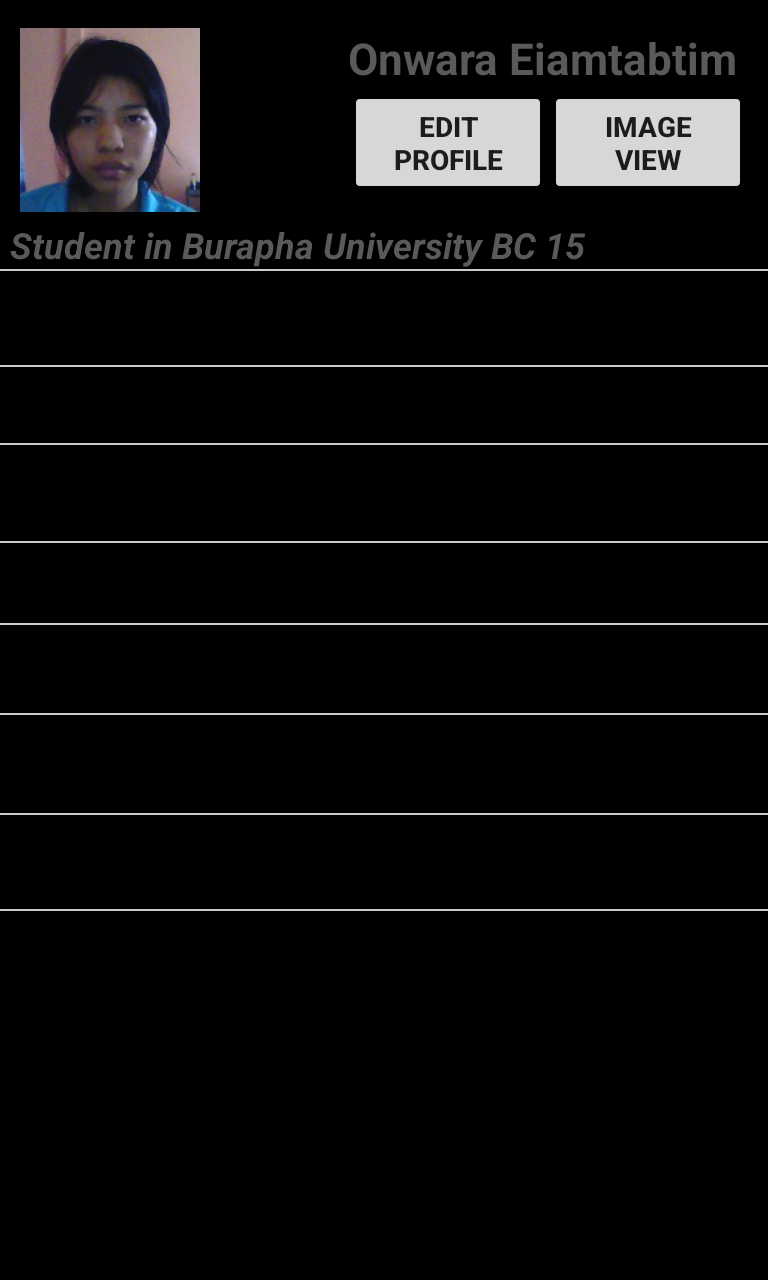
Repository: Android55410599/PROFILE
Layout: Resume_55410559/res/layout/activity_main.xml
These files come from the project's save history. The layout is drawn as it stood at one moment and after the next save; the edit follows.
It is drawn on a 768 x 1280 px phone screen (xhdpi) without system bars, with theme AppTheme; the app's code is not run.

Above is the layout before, as saved 2014-09-06 04:24:33.

### Resume_55410559/res/layout/activity_main.xml
<RelativeLayout xmlns:android="http://schemas.android.com/apk/res/android"
    xmlns:tools="http://schemas.android.com/tools"
    android:layout_width="match_parent"
    android:layout_height="match_parent"
    android:background="#000000"
    tools:context="com.example.resume_55410599.MainActivity" >

    <LinearLayout
        android:id="@+id/linearLayout1"
        android:layout_width="100dp"
        android:layout_height="100dp"
        android:layout_marginTop="10dp" >

        <ImageView
            android:id="@+id/imageView1"
            android:layout_width="wrap_content"
            android:layout_height="wrap_content"
            android:layout_marginLeft="10dp"
            android:src="@drawable/enn" />

    </LinearLayout>

    <TextView
        android:id="@+id/textView1"
        android:layout_width="wrap_content"
        android:layout_height="wrap_content"
        android:layout_alignLeft="@+id/linearLayout3"
        android:layout_alignParentTop="true"
        android:layout_marginTop="14dp"
        android:text="Onwara Eiamtabtim"
        android:textAppearance="?android:attr/textAppearanceLarge"
        android:textColor="#5A5A5A"
        android:textStyle="bold" />

    <LinearLayout
        android:id="@+id/linearLayout3"
        android:layout_width="wrap_content"
        android:layout_height="wrap_content"
        android:layout_alignParentRight="true"
        android:layout_below="@id/textView1"
        android:layout_marginRight="10dp"
        android:background="#000000" >

        <Button
            android:id="@+id/btn1"
            android:layout_width="100dp"
            android:layout_height="wrap_content"
            android:text="Edit Profile"
            android:textStyle="bold" />

        <Button
            android:id="@+id/btnimg"
            android:layout_width="100dp"
            android:layout_height="wrap_content"
            android:text="Image View"
            android:textStyle="bold" />

    </LinearLayout>

    <LinearLayout
        android:id="@+id/linearLayout2"
        android:layout_width="match_parent"
        android:layout_height="wrap_content"
        android:layout_alignParentLeft="true"
        android:layout_below="@+id/linearLayout1" >

        <TextView
            android:id="@+id/textView2"
            android:layout_width="wrap_content"
            android:layout_height="wrap_content"
            android:layout_marginLeft="5dp"
            android:text="Student in Burapha University BC 15"
            android:textAppearance="?android:attr/textAppearanceMedium"
            android:textColor="#5A5A5A"
            android:textStyle="bold|italic" />

    </LinearLayout>

    <TextView
        android:id="@+id/textView3"
        android:layout_width="wrap_content"
        android:layout_height="wrap_content"
        android:layout_alignParentLeft="true"
        android:layout_below="@+id/view1"
        android:layout_marginLeft="15dp"
        android:layout_marginTop="14dp"
        android:text="Age"
        android:textStyle="bold" />

    <TextView
        android:id="@+id/textView4"
        android:layout_width="wrap_content"
        android:layout_height="wrap_content"
        android:layout_alignBaseline="@+id/textView3"
        android:layout_alignBottom="@+id/textView3"
        android:layout_alignRight="@+id/textView1"
        android:text="21" />

    <TextView
        android:id="@+id/textView6"
        android:layout_width="wrap_content"
        android:layout_height="wrap_content"
        android:layout_alignBottom="@+id/view3"
        android:layout_alignRight="@+id/linearLayout3"
        android:layout_marginBottom="14dp"
        android:text="Female" />

    <TextView
        android:id="@+id/textView5"
        android:layout_width="wrap_content"
        android:layout_height="wrap_content"
        android:layout_alignBaseline="@+id/textView6"
        android:layout_alignBottom="@+id/textView6"
        android:layout_alignLeft="@+id/textView3"
        android:text="Sex"
        android:textStyle="bold" />

    <TextView
        android:id="@+id/textView7"
        android:layout_width="wrap_content"
        android:layout_height="wrap_content"
        android:layout_alignBottom="@+id/View01"
        android:layout_alignLeft="@+id/textView5"
        android:layout_marginBottom="16dp"
        android:text="Nickname"
        android:textStyle="bold" />

    <TextView
        android:id="@+id/textView8"
        android:layout_width="wrap_content"
        android:layout_height="wrap_content"
        android:layout_alignBaseline="@+id/textView7"
        android:layout_alignBottom="@+id/textView7"
        android:layout_alignRight="@+id/textView4"
        android:text="On" />

    <TextView
        android:id="@+id/textView10"
        android:layout_width="wrap_content"
        android:layout_height="wrap_content"
        android:layout_alignBottom="@+id/View02"
        android:layout_alignRight="@+id/textView6"
        android:layout_marginBottom="14dp"
        android:text="Computer Business" />

    <TextView
        android:id="@+id/textView9"
        android:layout_width="wrap_content"
        android:layout_height="wrap_content"
        android:layout_alignBaseline="@+id/textView10"
        android:layout_alignBottom="@+id/textView10"
        android:layout_alignRight="@+id/textView13"
        android:text="Major"
        android:textStyle="bold" />

    <TextView
        android:id="@+id/textView12"
        android:layout_width="wrap_content"
        android:layout_height="wrap_content"
        android:layout_alignBottom="@+id/View03"
        android:layout_alignLeft="@+id/textView10"
        android:layout_marginBottom="16dp"
        android:text="Science and Social " />

    <TextView
        android:id="@+id/textView11"
        android:layout_width="wrap_content"
        android:layout_height="wrap_content"
        android:layout_alignBaseline="@+id/textView12"
        android:layout_alignBottom="@+id/textView12"
        android:layout_alignLeft="@+id/textView7"
        android:text="Faculty"
        android:textStyle="bold" />

    <TextView
        android:id="@+id/textView14"
        android:layout_width="wrap_content"
        android:layout_height="wrap_content"
        android:layout_alignRight="@+id/textView16"
        android:layout_below="@+id/View03"
        android:layout_marginTop="16dp"
        android:text="3" />

    <TextView
        android:id="@+id/textView13"
        android:layout_width="wrap_content"
        android:layout_height="wrap_content"
        android:layout_alignBaseline="@+id/textView14"
        android:layout_alignBottom="@+id/textView14"
        android:layout_alignLeft="@+id/textView11"
        android:text="Grade"
        android:textStyle="bold" />

    <TextView
        android:id="@+id/textView16"
        android:layout_width="wrap_content"
        android:layout_height="wrap_content"
        android:layout_alignBaseline="@+id/textView15"
        android:layout_alignBottom="@+id/textView15"
        android:layout_alignRight="@+id/textView10"
        android:text="Burapha University" />

    <View
        android:id="@+id/View02"
        android:layout_width="wrap_content"
        android:layout_height="1dp"
        android:layout_alignParentLeft="true"
        android:layout_below="@+id/View01"
        android:layout_marginTop="40dp"
        android:background="#cccccc" />

    <TextView
        android:id="@+id/textView15"
        android:layout_width="wrap_content"
        android:layout_height="wrap_content"
        android:layout_alignLeft="@+id/textView9"
        android:layout_below="@+id/View04"
        android:layout_marginTop="14dp"
        android:text="University"
        android:textStyle="bold" />

    <View
        android:id="@+id/view1"
        android:layout_width="wrap_content"
        android:layout_height="1dp"
        android:layout_alignParentLeft="true"
        android:layout_below="@+id/linearLayout2"
        android:background="#cccccc" />

    <View
        android:id="@+id/view2"
        android:layout_width="wrap_content"
        android:layout_height="1dp"
        android:layout_alignParentLeft="true"
        android:layout_below="@+id/textView3"
        android:layout_marginTop="14dp"
        android:background="#cccccc" />

    <View
        android:id="@+id/View04"
        android:layout_width="wrap_content"
        android:layout_height="1dp"
        android:layout_alignParentLeft="true"
        android:layout_below="@+id/textView14"
        android:layout_marginTop="14dp"
        android:background="#cccccc" />

    <View
        android:id="@+id/View05"
        android:layout_width="wrap_content"
        android:layout_height="1dp"
        android:layout_alignParentLeft="true"
        android:layout_below="@+id/textView16"
        android:layout_marginTop="14dp"
        android:background="#cccccc" />

    <View
        android:id="@+id/View03"
        android:layout_width="wrap_content"
        android:layout_height="1dp"
        android:layout_alignParentLeft="true"
        android:layout_below="@+id/textView10"
        android:layout_marginTop="44dp"
        android:background="#cccccc" />

    <View
        android:id="@+id/View01"
        android:layout_width="wrap_content"
        android:layout_height="1dp"
        android:layout_alignParentLeft="true"
        android:layout_below="@+id/textView6"
        android:layout_marginTop="48dp"
        android:background="#cccccc" />

    <View
        android:id="@+id/view3"
        android:layout_width="wrap_content"
        android:layout_height="1dp"
        android:layout_alignParentLeft="true"
        android:layout_below="@+id/view2"
        android:layout_marginTop="38dp"
        android:background="#cccccc" />

</RelativeLayout>

Loaded but not shown: Resume_55410559/res/values/styles.xml (common file); Resume_55410559/res/values-v11/styles.xml (common file); Resume_55410559/res/values-v14/styles.xml (common file)

After the next save:
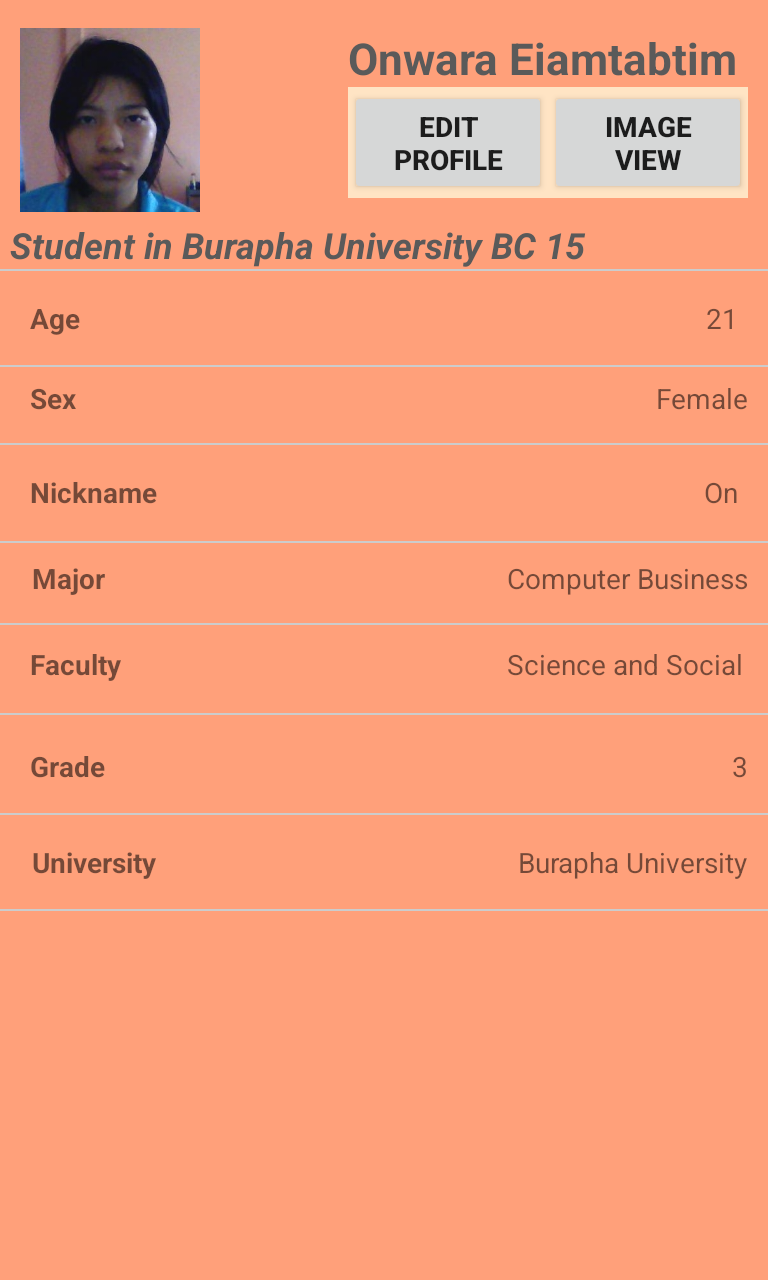
Saved 2 h 42 min later.
--- a/Resume_55410559/res/layout/activity_main.xml
+++ b/Resume_55410559/res/layout/activity_main.xml
@@ -2,7 +2,7 @@
     xmlns:tools="http://schemas.android.com/tools"
     android:layout_width="match_parent"
     android:layout_height="match_parent"
-    android:background="#000000"
+    android:background="#FFA07A"
     tools:context="com.example.resume_55410599.MainActivity" >
 
     <LinearLayout
@@ -39,7 +39,7 @@
         android:layout_alignParentRight="true"
         android:layout_below="@id/textView1"
         android:layout_marginRight="10dp"
-        android:background="#000000" >
+        android:background="#FFE4C4" >
 
         <Button
             android:id="@+id/btn1"
